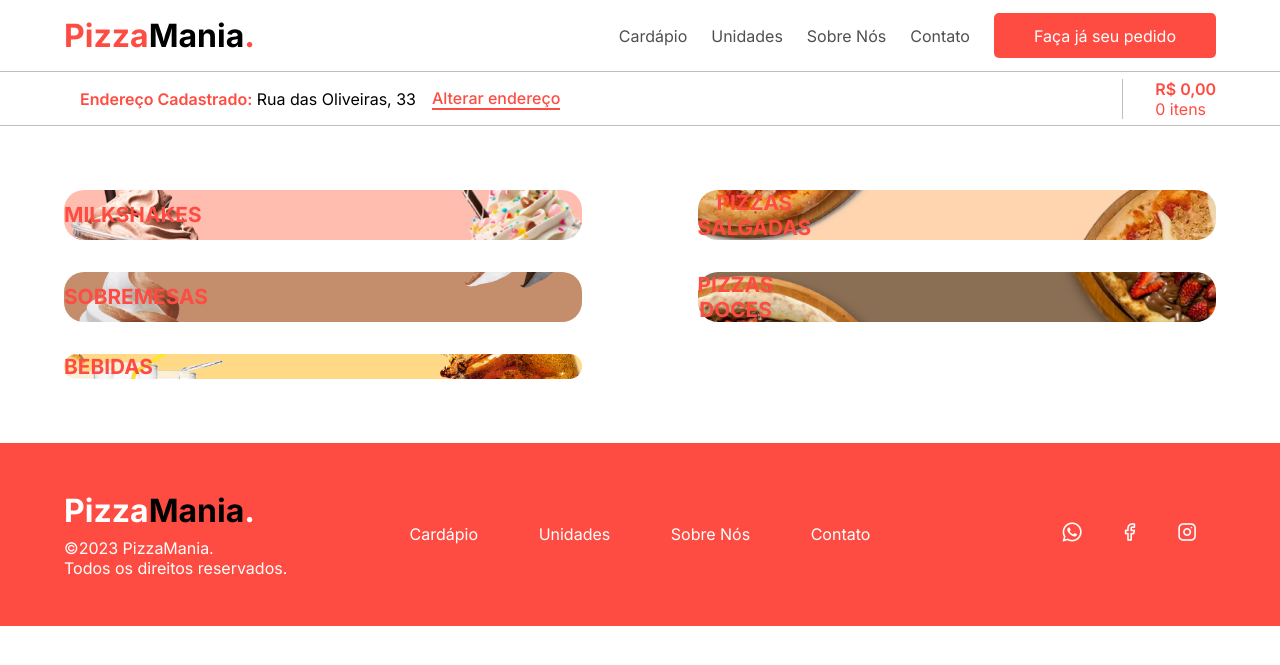
Repository: lucas-albuq/PizzaMania
Page: assets/pages/cardapio.html
An editor plug-in stored every save of this project. The page is shown before and after a run of saves, followed by the edit.
The browser window is 1280 px wide. The pictures show the whole page.
Some icons come from a web library that is not loaded, so they are not drawn. Some web libraries are served in a nearby version.

Above is the page before, as saved 2024-01-04 21:19:46.

After the next 3 saves:
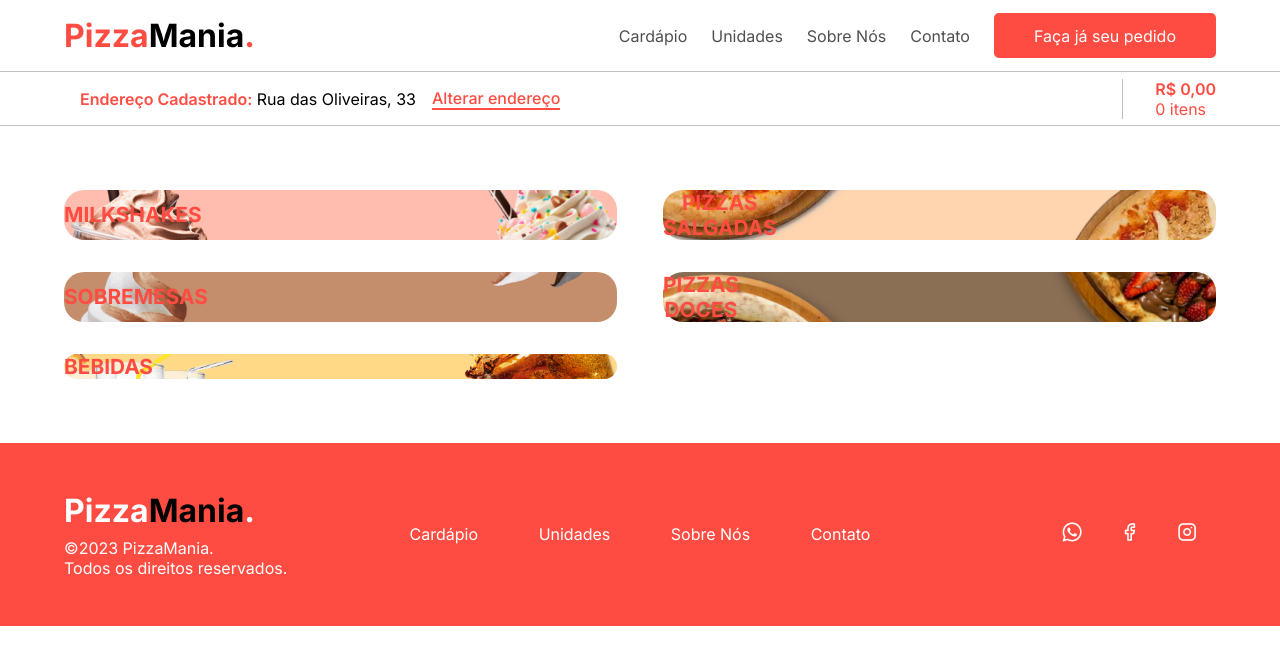
The 3 saves are shown as one change because they came seconds apart.
The last was saved 10 s later.
--- a/assets/css/pizzamania.css
+++ b/assets/css/pizzamania.css
@@ -395,8 +395,7 @@ footer .footer{
 }
 .categorias-cardapio a{
   text-decoration: none;
-  width: 45%;
-  flex: 0 0 45%
+  flex: 0 0 48%;
 }
 
 .categorias-cardapio .milkshakes{
